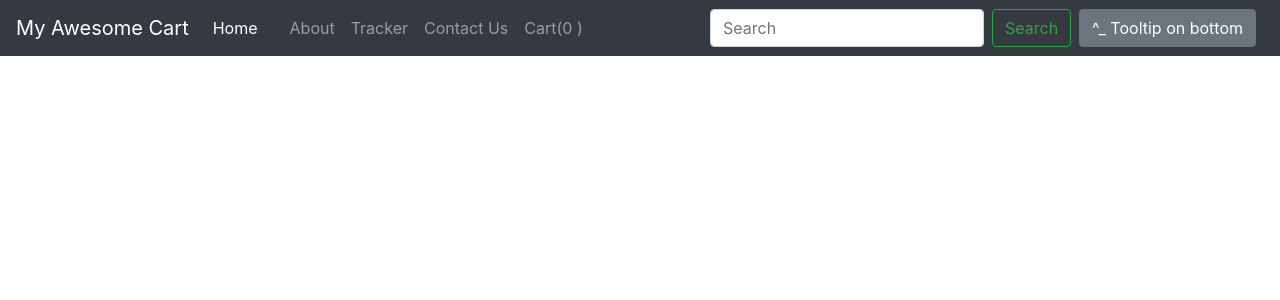
Repository: MayankDubey007/E-commerce-Web
Page: shop/templates/shop/base.html
An editor plug-in stored every save of this project. The page is shown before and after a run of saves, followed by the edit.
The browser window is 1280 px wide. The pictures show the whole page.
Some web libraries are served in a nearby version. The page is served by the project's application, run on Django 3.2 (manage.py). Other server files are loaded and not shown. The template is opened directly, without the code that normally fills it, so the values that code supplies are empty.

Above is the page before, as saved 2021-06-30 20:36:33.

### shop/templates/shop/base.html
<!doctype html>
<html lang="en">
  <head>
    <!-- Required meta tags -->
    <meta charset="utf-8">
    <meta name="viewport" content="width=device-width, initial-scale=1, shrink-to-fit=no">

    <!-- Bootstrap CSS -->
    <link rel="stylesheet" href="https://stackpath.bootstrapcdn.com/bootstrap/4.2.1/css/bootstrap.min.css" integrity="sha384-GJzZqFGwb1QTTN6wy59ffF1BuGJpLSa9DkKMp0DgiMDm4iYMj70gZWKYbI706tWS" crossorigin="anonymous">

    <title>{% block title%} {% endblock %}</title>
    <style>
    {% block css %}{% endblock %}
  </style>
  </head>
  <body>

    <nav class="navbar navbar-expand-lg navbar-dark bg-dark">
  <a class="navbar-brand" href="#">My Awesome Cart</a>
  <button class="navbar-toggler" type="button" data-toggle="collapse" data-target="#navbarSupportedContent" aria-controls="navbarSupportedContent" aria-expanded="false" aria-label="Toggle navigation">
    <span class="navbar-toggler-icon"></span>
  </button>

  <div class="collapse navbar-collapse" id="navbarSupportedContent">
    <ul class="navbar-nav mr-auto">
      <li class="nav-item active">
        <a class="nav-link" href="#">Home <span class="sr-only">(current)</span></a>
      </li>
      <li class="nav-item">
        <a class="nav-link" href="#"></a>
      </li>
      <li class="nav-item">
        <a class="nav-link" href="#">About</a>
      </li>
      <li class="nav-item">
        <a class="nav-link" href="#">Tracker</a>
      </li>
      <li class="nav-item">
        <a class="nav-link" href="#">Contact Us</a>
      </li>
      <li class="nav-item">
        <a class="nav-link" href="#">Cart(<span id="cart" >0 </span>)</a>
      </li>

    </ul>
    <form class="form-inline my-2 my-lg-0">
      <input class="form-control mr-sm-2" type="search" placeholder="Search" aria-label="Search">
      <button class="btn btn-outline-success my-2 my-sm-0" type="submit">Search</button>
    </form>
    <button type="button" class="btn btn-secondary mx-2" data-bs-toggle="tooltip" data-bs-placement="bottom" title="Tooltip on bottom">
                                                    ^_
      Tooltip on bottom
    </button>
  </div>
</nav>
  {% block body %} {% endblock %}

    <!-- Optional JavaScript -->
    <!-- jQuery first, then Popper.js, then Bootstrap JS -->
    <script src="https://code.jquery.com/jquery-3.3.1.slim.min.js" integrity="sha384-q8i/X+965DzO0rT7abK41JStQIAqVgRVzpbzo5smXKp4YfRvH+8abtTE1Pi6jizo" crossorigin="anonymous"></script>
    <script src="https://cdnjs.cloudflare.com/ajax/libs/popper.js/1.14.6/umd/popper.min.js" integrity="sha384-wHAiFfRlMFy6i5SRaxvfOCifBUQy1xHdJ/yoi7FRNXMRBu5WHdZYu1hA6ZOblgut" crossorigin="anonymous"></script>
    <script src="https://stackpath.bootstrapcdn.com/bootstrap/4.2.1/js/bootstrap.min.js" integrity="sha384-B0UglyR+jN6CkvvICOB2joaf5I4l3gm9GU6Hc1og6Ls7i6U/mkkaduKaBhlAXv9k" crossorigin="anonymous"></script>
    {% block js %} {% endblock %}
  </body>
</html>

### myEsite/urls.py
from django.contrib import admin
from . import views
from django.urls import path, include
from django.conf import settings
from django.conf.urls.static import static
urlpatterns = [
    path('admin/', admin.site.urls),
    path("", views.index),
    path('shop/', include('shop.urls')),
    path('blog/', include('blog.urls')),
] + static(settings.MEDIA_URL, document_root=settings.MEDIA_ROOT)

### shop/urls.py
from django.contrib import admin
from django.urls import path
from . import views
urlpatterns = [
    path('',views.index,name="Shophome"),
    path('about/',views.about,name="About"),
    path('contact/',views.contact,name="Contact Us"),
    path('tracker/',views.tracker,name="TrackingStatus"),
    path('search/',views.search,name="Search"),
    path('productview/',views.productview,name="Product"),
    path('checkout/',views.checkout,name="Checkout"),
]

### blog/urls.py
from django.contrib import admin
from django.urls import path
from . import views
urlpatterns = [
    path('',views.index,name="bloghome"),
]

After the next 5 saves:
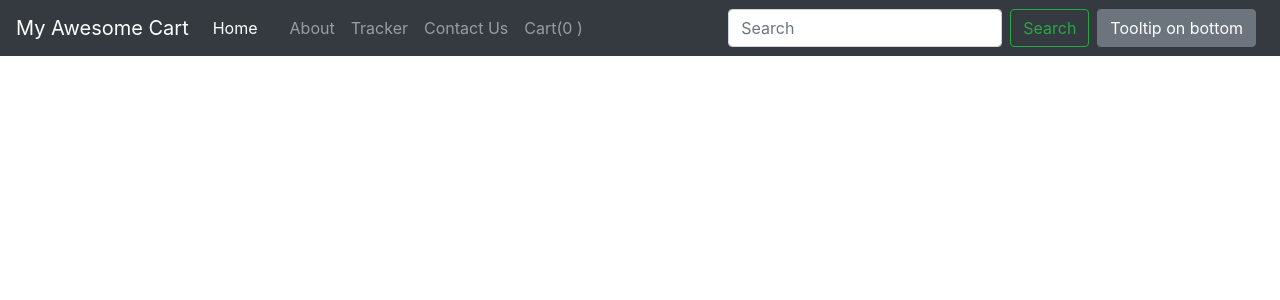
The 5 saves are shown as one change because they came seconds apart.
The last was saved 18 s later.
--- a/shop/templates/shop/base.html
+++ b/shop/templates/shop/base.html
@@ -48,7 +48,7 @@
       <button class="btn btn-outline-success my-2 my-sm-0" type="submit">Search</button>
     </form>
     <button type="button" class="btn btn-secondary mx-2" data-bs-toggle="tooltip" data-bs-placement="bottom" title="Tooltip on bottom">
-                                                    ^_
+                                              <!-- ^_  -->
       Tooltip on bottom
     </button>
   </div>
